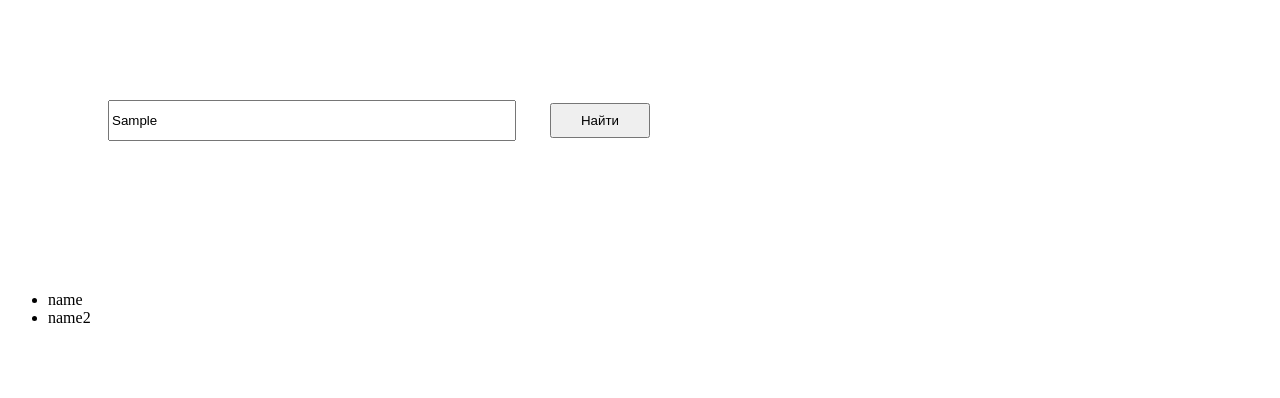
Repository: Grid-Master/repositoriesSearch
Page: index.html
An editor plug-in stored every save of this project. The page is shown before and after the next save, followed by the edit.
The browser window is 1280 px wide. The pictures show the whole page.
Empty fields were first filled with sample values (such as "Sample", 5 or name@example.com).
After loading, the first visible `form` was submitted once.

Above is the page before, as saved 2023-03-05 21:07:14.

After the next save:
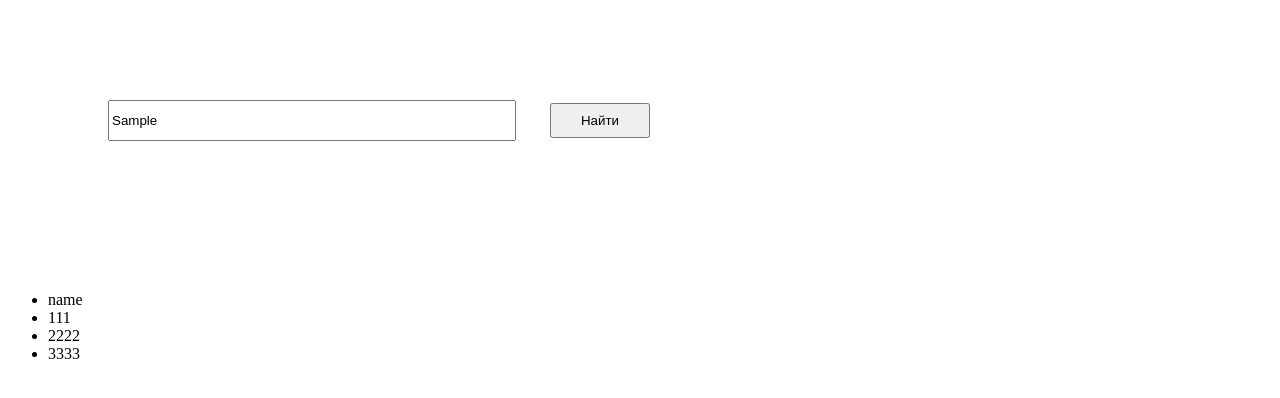
Saved 75 s later.
--- a/script.js
+++ b/script.js
@@ -16,11 +16,11 @@ function searchRepositories() {
   let name = document.getElementById('reposName').value;
   let list = document.getElementById('list');
 
-  console.log(list.append);
-
   if (name) {
-    let li = document.createElement('li');
-    li.innerHTML = 'name2';
-    list.append(li);
+    for (let i = 0; i < repositories.length; i++) {
+      let li = document.createElement('li');
+      li.innerHTML = repositories[i];
+      list.append(li);
+    }
   }
 }
